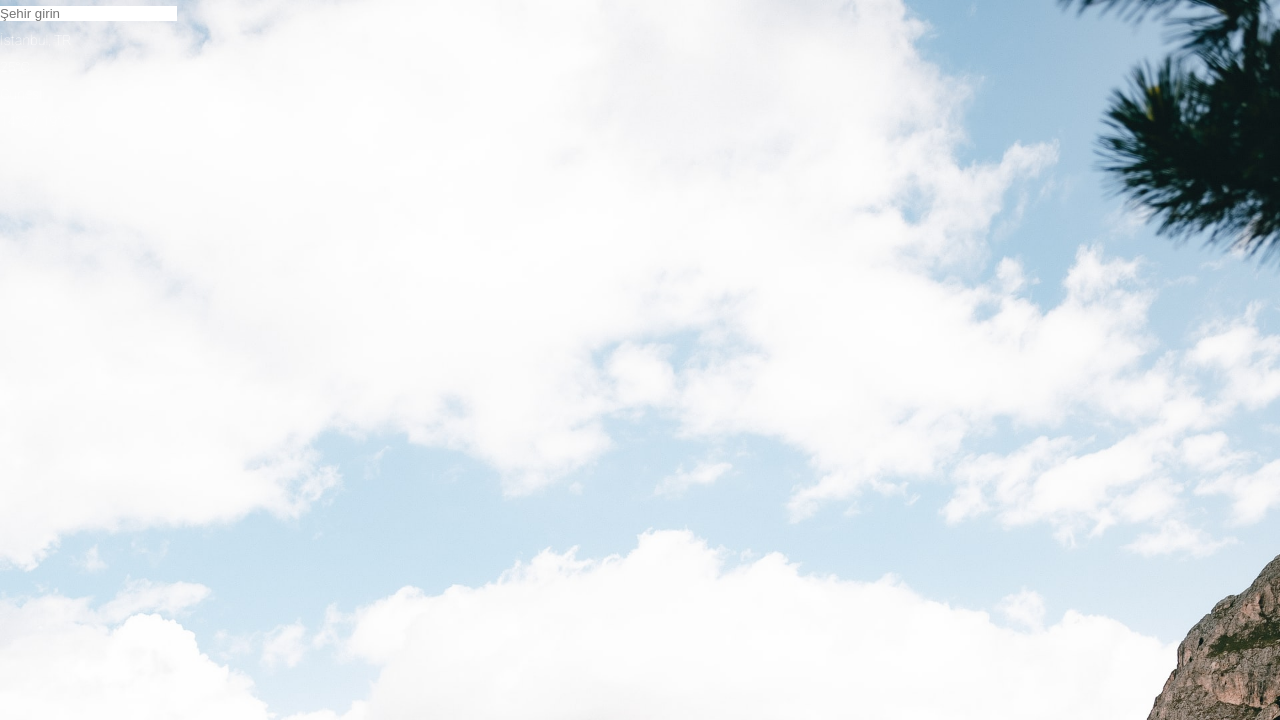
Repository: DogukanSAVA/havadurumu
Page: index.html
These files come from the project's save history. The page is drawn as it stood at one moment and after the next save; the edit follows.
The browser window is 1280 px wide. The pictures show the whole page.

Above is the page before, as saved 2021-09-16 11:56:56.

### index.html
<!DOCTYPE html>
<html lang="en">

<head>
          <meta charset="UTF-8">
          <meta http-equiv="X-UA-Compatible" content="IE=edge">
          <meta name="viewport" content="width=device-width, initial-scale=1.0">
          <title>Document</title>
          <link rel="preconnect" href="https://fonts.googleapis.com">
          <link rel="preconnect" href="https://fonts.gstatic.com" crossorigin>
          <link href="https://fonts.googleapis.com/css2?family=Roboto:wght@100&display=swap" rel="stylesheet">
          <link rel="stylesheet" href="style.css">

</head>

<body>
          <div class="app">
                    <div class="header">
                              <div class="h1">
                                        <input type="text" id="searchBar" placeholder="Şehir girin">
                              </div>

                    </div>

                    <div class="content">
                              <div class="city">İstanbul, TR</div>
                              <div class="temp">25°C</div>
                              <div class="desc">Gunesli</div>
                              <div class="minmax">14°C / 19°C</div>
                    </div>
          </div>

          <script src="script.js"></script>
</body>

</html>

### style.css
*   {
          margin : 0 ;
          padding : 0 ;
          border : 0;
          box-sizing : border-box ;
          }

    html, body  {
          font-family: 'Roboto', sans-serif;
          font-size : 14px;
          font-weight : 400;
          line-height : 27px;
          color: #fff;
          background-image: url(kristaps-ungurs-IsoWEQtvlBU-unsplash.jpg);
          background-repeat: no-repeat;
          background-size: cover;
          height: 100vh;
          }

.app{display: flex;
flex-direction: column;}

Loaded but not shown: script.js (no stored copy; drawn as an empty file)

After the next save:
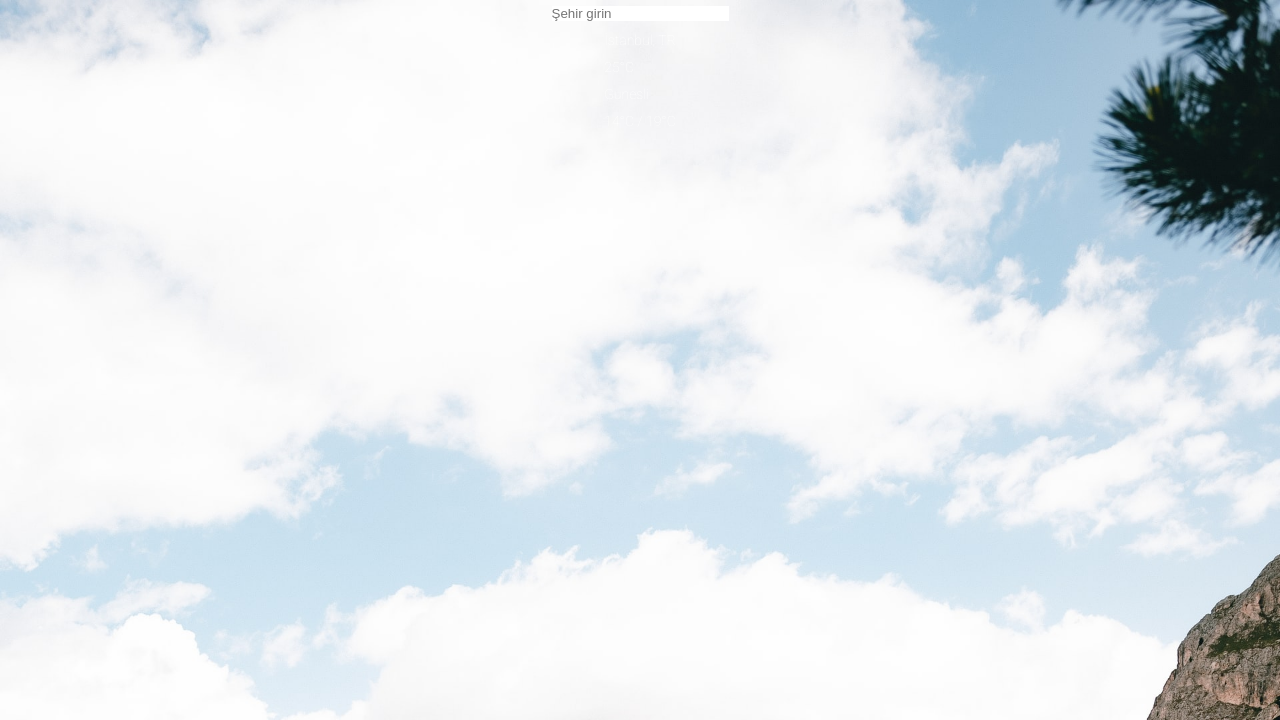
Saved 5 s later.
--- a/style.css
+++ b/style.css
@@ -18,4 +18,6 @@
           }
 
 .app{display: flex;
-flex-direction: column;}
+flex-direction: column;
+align-items: center;
+}
